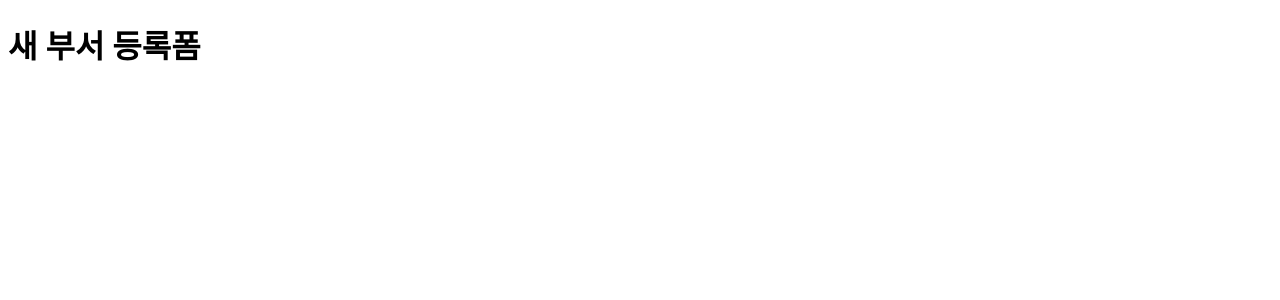
Repository: benpark0613/basic
Page: http://localhost/sample/hr/dept/form.jsp
The author's editor kept a copy of each file at every save. The page is drawn from the files as they stood at one save, then again after the next save.
The browser window is 1280 px wide. The pictures show the whole page.
The page is served by Tomcat 9.

Above is the page before, as saved 2021-11-11 02:22:29.

After the next save:
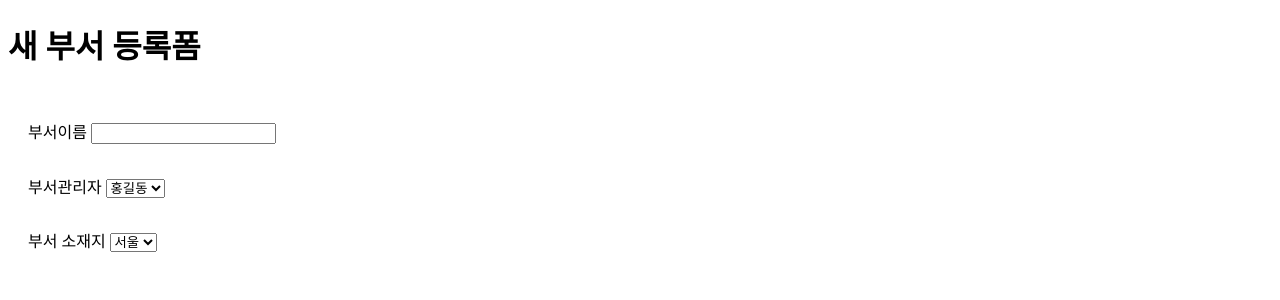
Saved 3 min 20 s later.
--- a/HR_app/sample/src/main/webapp/hr/dept/form.jsp
+++ b/HR_app/sample/src/main/webapp/hr/dept/form.jsp
@@ -11,7 +11,29 @@
 	<h1>새 부서 등록폼</h1>
 
 	<div>
-		<form method="post" action="register.jsp"></form>
+		<form method="post" action="register.jsp">
+			<div class="form-group">
+				<label>부서이름</label>
+				<input type="text" name="name"/>
+			</div>
+			<div class="form-group">
+				<label>부서관리자</label>
+				<select name="managerId">
+					<option value="100">홍길동</option>
+					<option value="100">홍길동</option>
+					<option value="100">홍길동</option>
+					<option value="100">홍길동</option>
+					<option value="100">홍길동</option>
+				</select>
+			</div>
+			<div class="form-group">
+				<label>부서 소재지</label>
+				<select name="locationId">
+					<option value="1000">서울</option>
+				</select>
+			</div>
+		</form>
+
 	</div>
 </body>
 </html>
